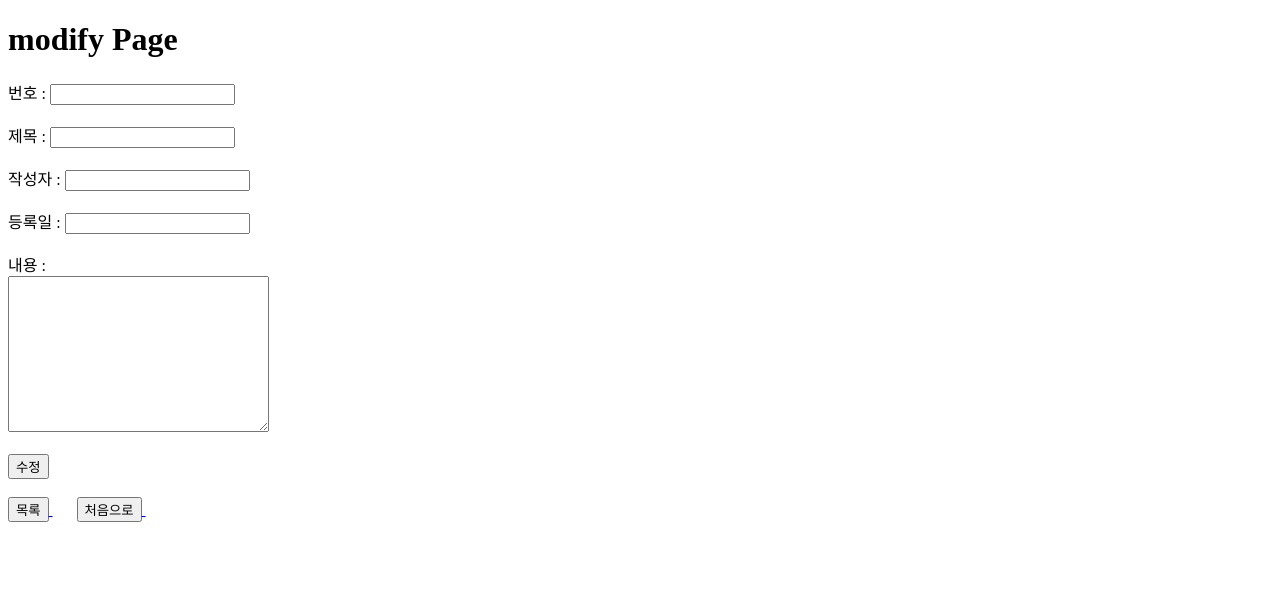
Repository: bbqju13/20230613spring
Page: http://localhost/spring/WEB-INF/views/board/modify.jsp
An editor plug-in stored every save of this project. The page is shown before and after the next save, followed by the edit.
The browser window is 1280 px wide. The pictures show the whole page.
The page is served by Tomcat 9. Nobody is signed in. Other server files are loaded and not shown. The template is opened directly, without the code that normally fills it, so the values that code supplies are empty.

Above is the page before, as saved 2023-06-15 04:14:51.

### _spring_project1/spring/src/main/webapp/WEB-INF/views/board/modify.jsp
<%@ page language="java" contentType="text/html; charset=UTF-8"
    pageEncoding="UTF-8"%>
<!DOCTYPE html>
<html>
<head>
<meta charset="UTF-8">
<title>modify Page</title>
</head>
<body>
<h1>modify Page</h1>
<form action="/board/modify" method="post" enctype="multipart/dataform">
번호 : <input type="text" name="bno" value="${boardDTO.bvo.bno }" readonly="readonly">  <br> <br>
제목 : <input type="text" name="title" value="${boardDTO.bvo.title }"> <br> <br>
작성자 : <input type="text" name="writer" value="${boardDTO.bvo.writer }" readonly="readonly"> <br> <br>
등록일 : <input type="text" name="reg_date" value="${boardDTO.bvo.reg_date }" readonly="readonly"> <br> <br>
내용 : <br>
<textarea rows="10" cols="30" name="content">${boardDTO.bvo.content }</textarea> <br> <br>
<!-- 이미지 파일 -->

<button>수정</button> &nbsp &nbsp &nbsp
</form>
<br>
<a href="/board/list"> <button type="button">목록</button> </a> &nbsp &nbsp &nbsp
<a href="/"> <button type="button">처음으로</button> </a> &nbsp &nbsp &nbsp

</body>
</html>

After the next save:
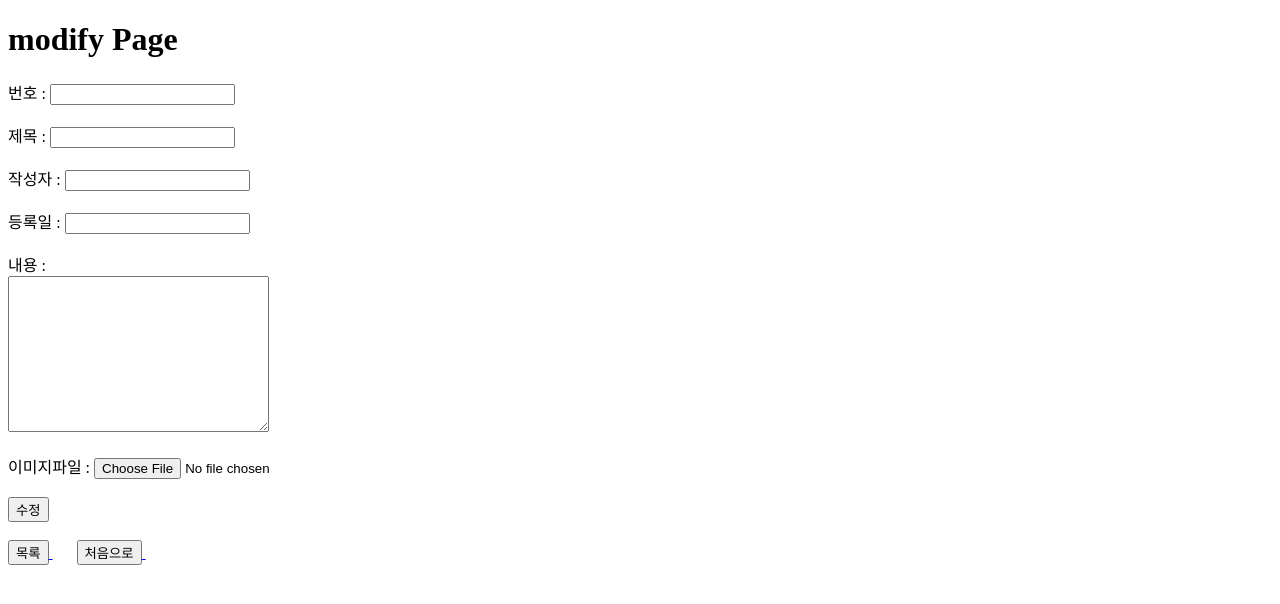
Saved 37 s later.
--- a/_spring_project1/spring/src/main/webapp/WEB-INF/views/board/modify.jsp
+++ b/_spring_project1/spring/src/main/webapp/WEB-INF/views/board/modify.jsp
@@ -16,6 +16,7 @@
 내용 : <br>
 <textarea rows="10" cols="30" name="content">${boardDTO.bvo.content }</textarea> <br> <br>
 <!-- 이미지 파일 -->
+이미지파일 : <input type="file" name="file"> <br> <br>
 
 <button>수정</button> &nbsp &nbsp &nbsp
 </form>
